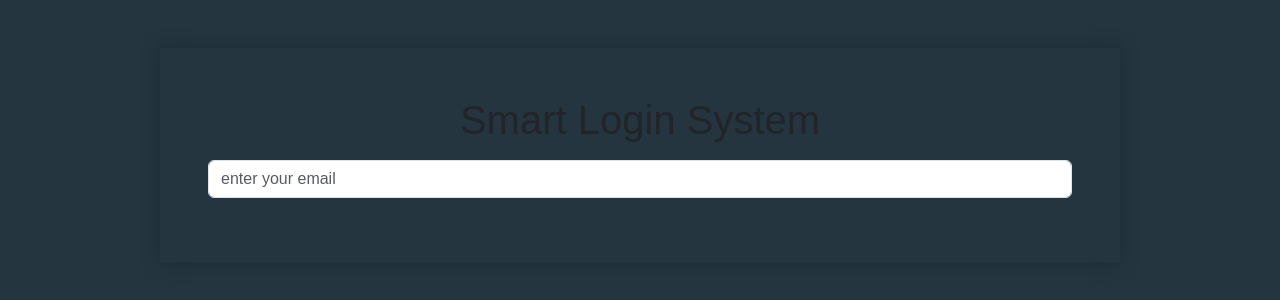
Repository: bodajava/TASK-4
Page: index.html
An editor plug-in stored every save of this project. The page is shown before and after the next save, followed by the edit.
The browser window is 1280 px wide. The pictures show the whole page.

Above is the page before, as saved 2025-06-16 18:16:41.

### index.html
<!DOCTYPE html>
<html lang="en">
  <head>
    <link rel="stylesheet" href="CSS/all.min.css" />
    <link rel="stylesheet" href="CSS/bootstrap.css" />
    <link rel="stylesheet" href="CSS/style.css" />
    <meta charset="UTF-8" />
    <meta name="viewport" content="width=device-width, initial-scale=1.0" />
    <title>Document</title>
  </head>
  <body>
    <div id="item" class="container my-5 w-75 p-5">
      <h1 class="text-center">Smart Login System</h1>
      <input
        type="text"
        placeholder="enter your email"
        class="form-control my-3"
        id="signinEmail"
      />
    </div>
    <script src="js/bootstrap.bundle.min.js"></script>
    <script src="js/index.js"></script>
  </body>
</html>

### CSS/style.css
* {
  padding: 0;
  margin: 0;
  box-sizing: border-box;
}

body {
  background-color: #24353f;

  display: flex;
  justify-content: center;
  align-items: center;
  font-family: Arial, sans-serif;
}

#item {
  box-shadow: 0 0 20px rgba(0, 0, 0, 0.2);
}

Loaded but not shown: CSS/all.min.css (library); CSS/bootstrap.css (library); js/bootstrap.bundle.min.js (library); js/index.js (no copy from this time; the picture is the same without it)

After the next save:
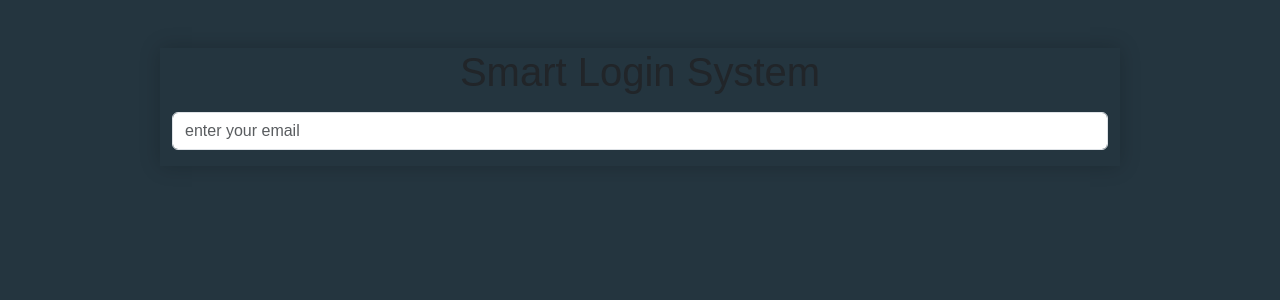
Saved 64 s later.
--- a/index.html
+++ b/index.html
@@ -9,7 +9,7 @@
     <title>Document</title>
   </head>
   <body>
-    <div id="item" class="container my-5 w-75 p-5">
+    <div id="item" class="container my-5 w-75">
       <h1 class="text-center">Smart Login System</h1>
       <input
         type="text"

After the save that followed:
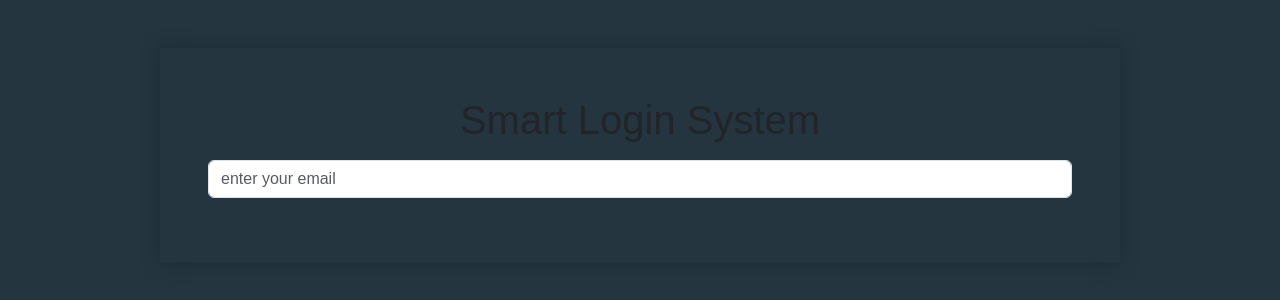
Saved 6 s later.
--- a/index.html
+++ b/index.html
@@ -9,7 +9,7 @@
     <title>Document</title>
   </head>
   <body>
-    <div id="item" class="container my-5 w-75">
+    <div id="item" class="container my-5 w-75 p-5">
       <h1 class="text-center">Smart Login System</h1>
       <input
         type="text"
